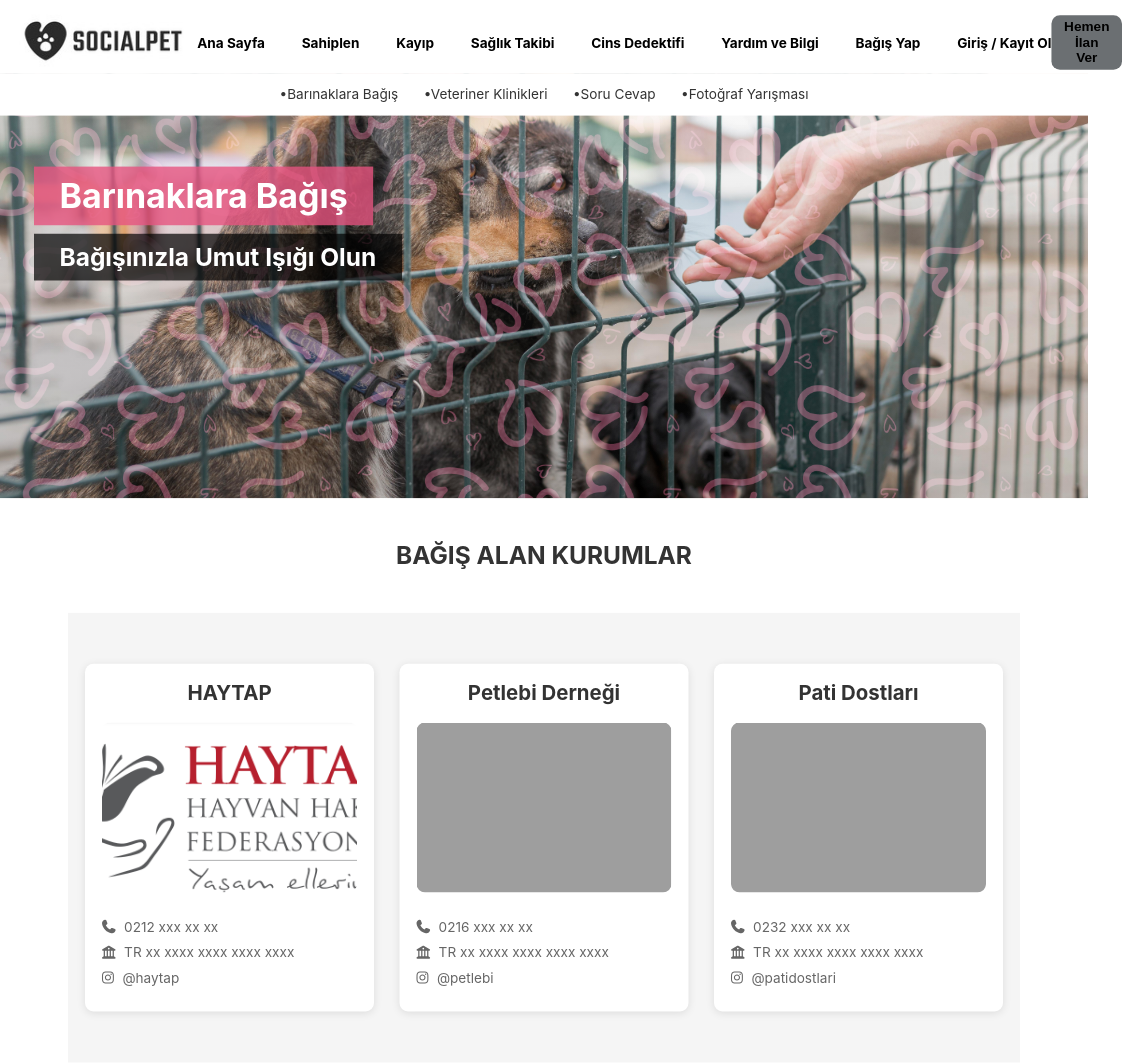
Repository: utkucaa/socialpet-frontend
Page: /donate (app in petweb/petweb/)
These files come from the project's save history. The page is drawn as it stood at one moment and after the next save; the edit follows.
The browser window is 1280 px wide. The page is 1320 px wide, so the pictures cover 1320 px, including what lies to the right of the window. The pictures show the whole page, at 85% of full size.
Pictures or frames that could not be fetched are drawn as grey boxes. The project was rebuilt for these pictures with package versions that can differ from the ones it lists, and the page was loaded fresh each time. Also part of the build but not shown: petweb/petweb/src/Components/Login/Login.jsx, petweb/petweb/src/Components/Intro/Intro.css, petweb/petweb/src/Components/Intro/Intro.jsx, petweb/petweb/src/Components/Register/Register.jsx, petweb/petweb/src/Components/Profile/ProfilePage.jsx, petweb/petweb/src/Components/Adoption/Header.css, petweb/petweb/src/Components/Adoption/Header.jsx, petweb/petweb/src/Components/Adoption/Stats.css and 31 more. Imported but missing from the stored project, and not drawn on this page: petweb/petweb/src/Components/AdoptionSteps.

Above is the page before, as saved 2025-01-09 22:16:32.

After the next save:
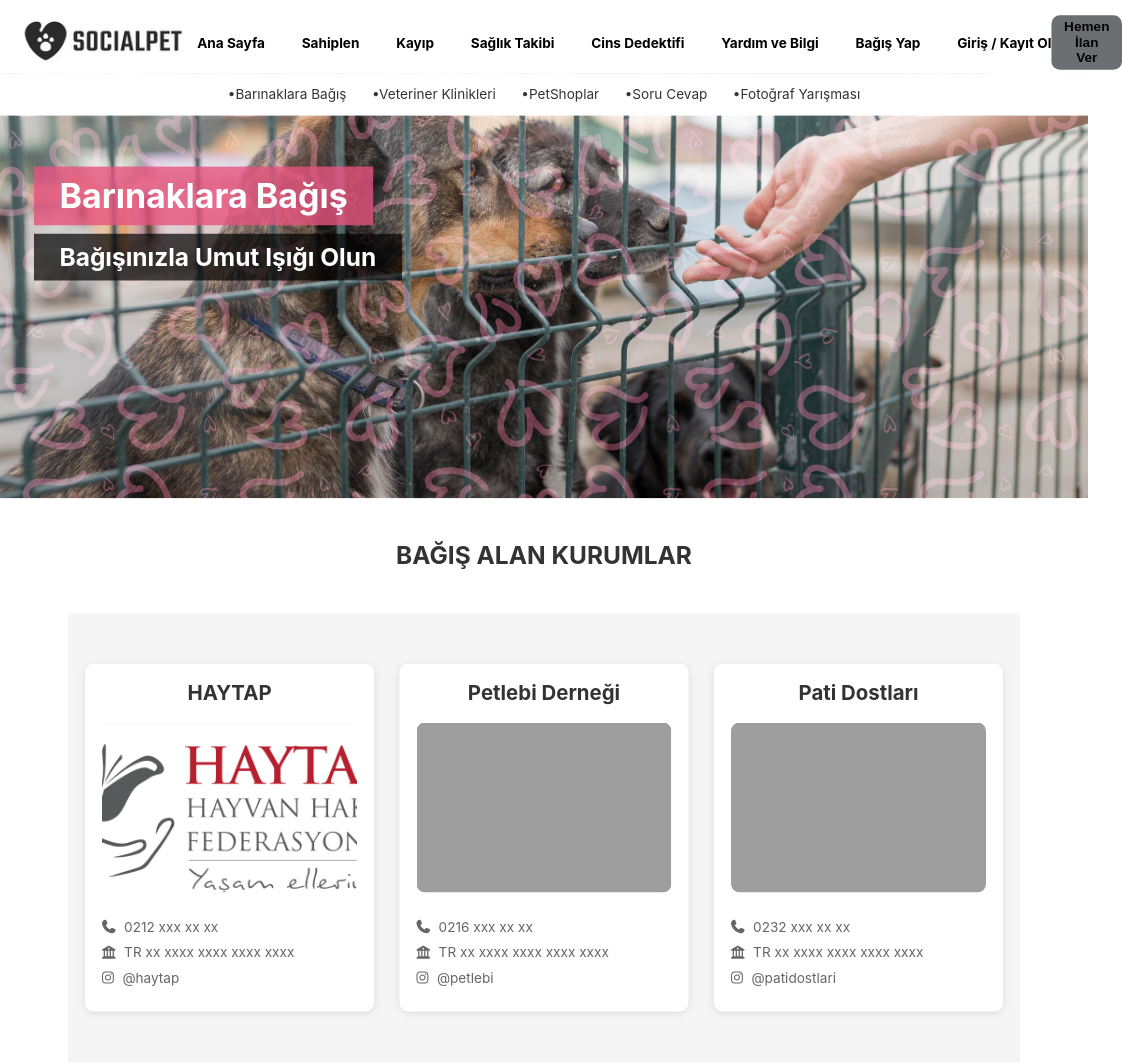
Saved 28 s later.
--- a/petweb/petweb/src/Components/Donate/Donate.jsx
+++ b/petweb/petweb/src/Components/Donate/Donate.jsx
@@ -37,6 +37,7 @@
           <ul>
             <li>•Barınaklara Bağış</li>
             <li>•Veteriner Klinikleri</li>
+            <li>•PetShoplar</li>
             <li>•Soru Cevap</li>
             <li>•Fotoğraf Yarışması</li>
           </ul>
